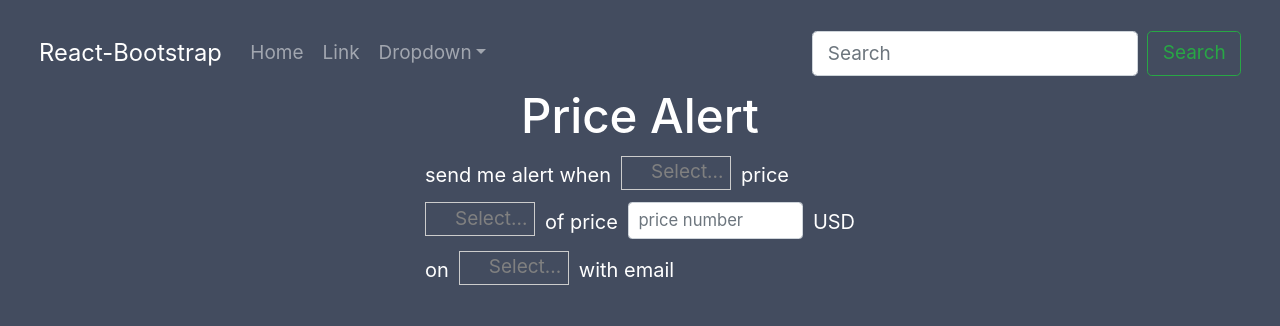
Repository: flychicken123/PriceAlertFront
Page: /
An editor plug-in stored every save of this project. The page is shown before and after the next save, followed by the edit.
The browser window is 1280 px wide. The pictures show the whole page.
The page's requests for data from a server got no answer. The project was rebuilt for these pictures with package versions that can differ from the ones it lists, and the page was loaded fresh each time. No one was signed in, and anything a server would have sent is missing. Also part of the build but not shown: src/App.css.

Above is the page before, as saved 2021-03-07 14:14:07.

After the next save:
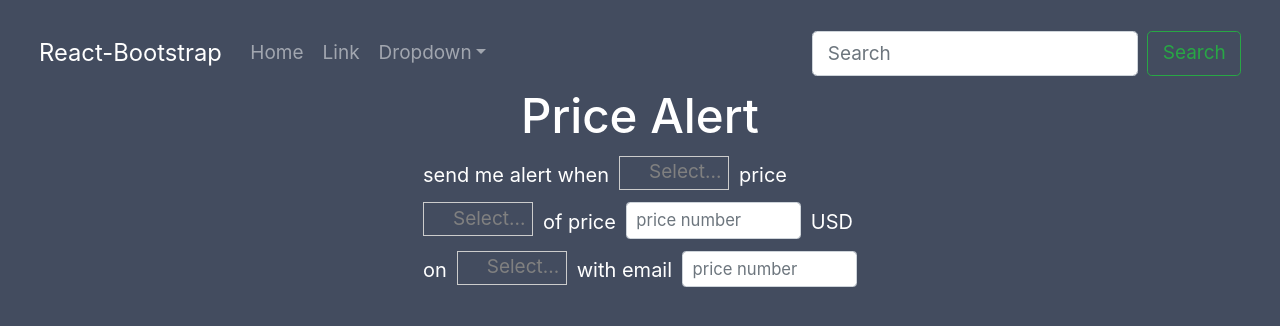
Saved 25 s later.
--- a/src/components/Home.jsx
+++ b/src/components/Home.jsx
@@ -150,6 +150,8 @@ export default function Home(props) {
                                 />
                             </Col>
                             <Col xs="auto"><Form.Text className="normalText">with email</Form.Text></Col>
+                            <Col xs="auto"> <Form.Control className="smaller-input" htmlSize="10" size="sm" type="text" placeholder="price number" /></Col>
+
                         </Form.Row>
                     </Form>
 
